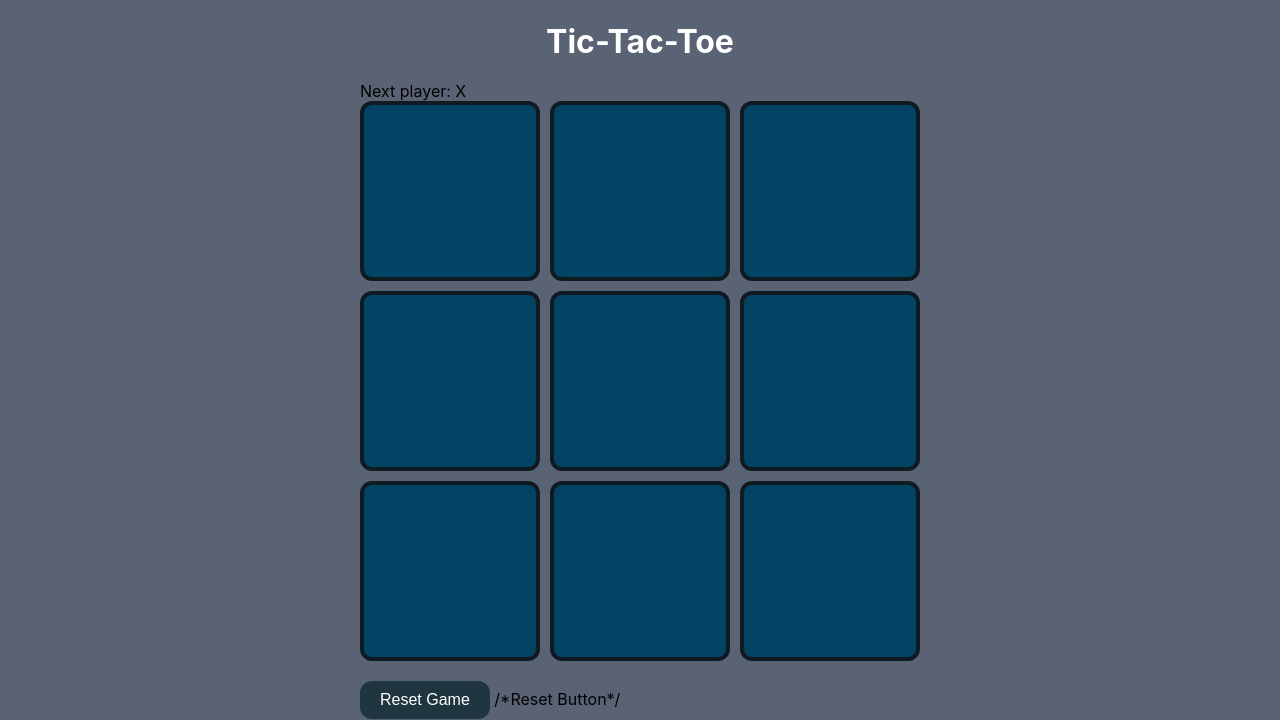
Repository: Monterro324/Tic-Tac
Page: / (app in tic-tac/)
The author's editor kept a copy of each file at every save. The page is drawn from the files as they stood at one save, then again after a run of saves.
The browser window is 1280 px wide. The pictures show the whole page.
The project was rebuilt for these pictures with package versions that can differ from the ones it lists, and the page was loaded fresh each time.

Above is the page before, as saved 2024-05-05 22:33:38.

After the next 2 saves:
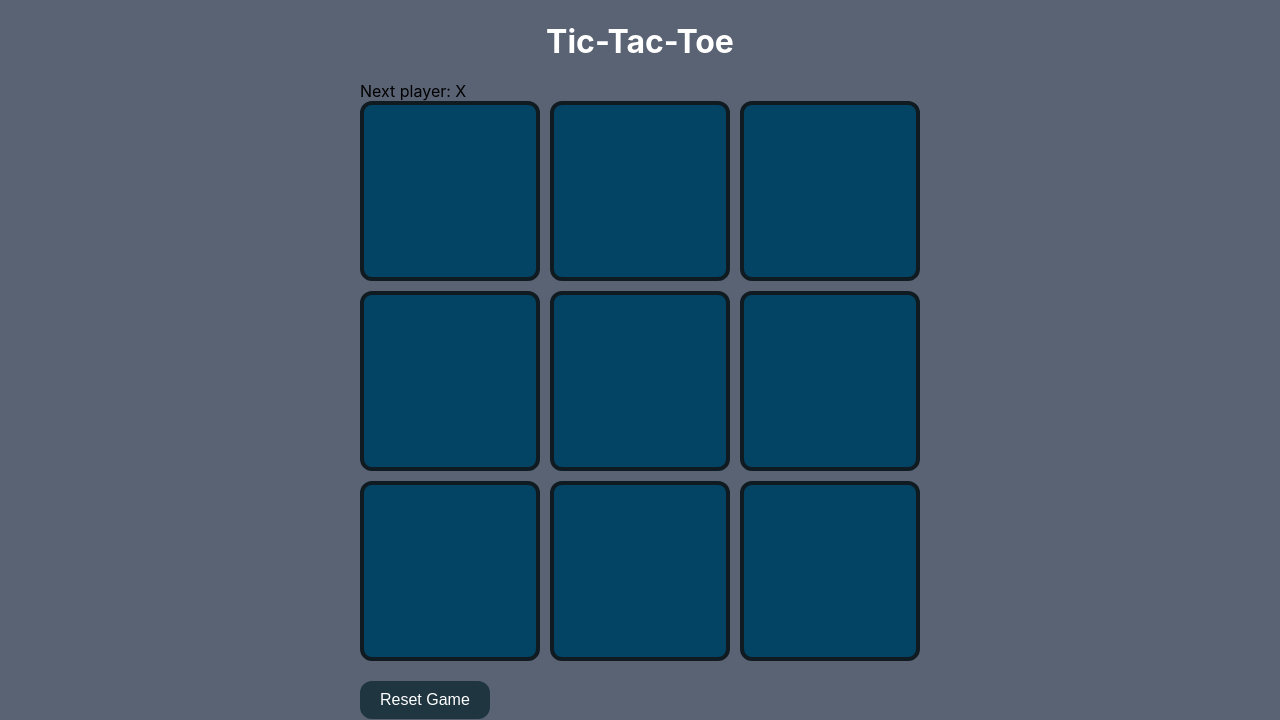
The 2 saves are shown as one change because they came seconds apart.
The last was saved 14 s later.
--- a/tic-tac/src/App.js
+++ b/tic-tac/src/App.js
@@ -46,7 +46,7 @@ export default function Board() {
           <Square key={index} value={square} onSquareClick={() => handleClick(index)} />
         ))}
       </div>
-      <button className='reset-button' onClick={resetGame}>Reset Game</button>  /*Reset Button*/
+      <button className='reset-button' onClick={resetGame}>Reset Game</button>  {/*Reset Button*/}
     </>
   );
 }
